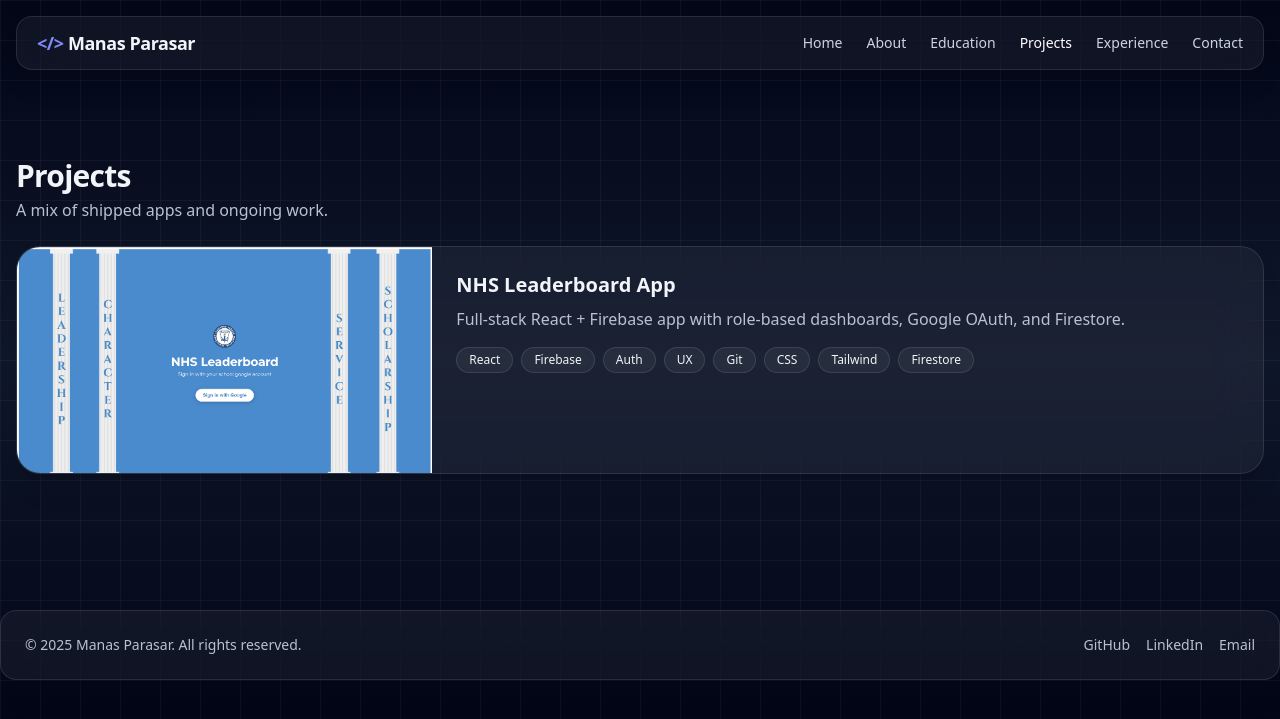
Repository: Manas-Parasar/portfolio-manas-parasar
Page: /projects
The author's editor kept a copy of each file at every save. The page is drawn from the files as they stood at one save, then again after the next save.
The browser window is 1280 px wide. The pictures show the whole page.
The project was rebuilt for these pictures with package versions that can differ from the ones it lists, and the page was loaded fresh each time. Also part of the build but not shown: vite.config.js, src/components/Hero.jsx, src/pages/Home.jsx, src/pages/About.jsx, src/components/TimelineItem.jsx, src/pages/Experience.jsx, src/pages/Contact.jsx.

Above is the page before, as saved 2025-08-21 17:03:35.

After the next save:
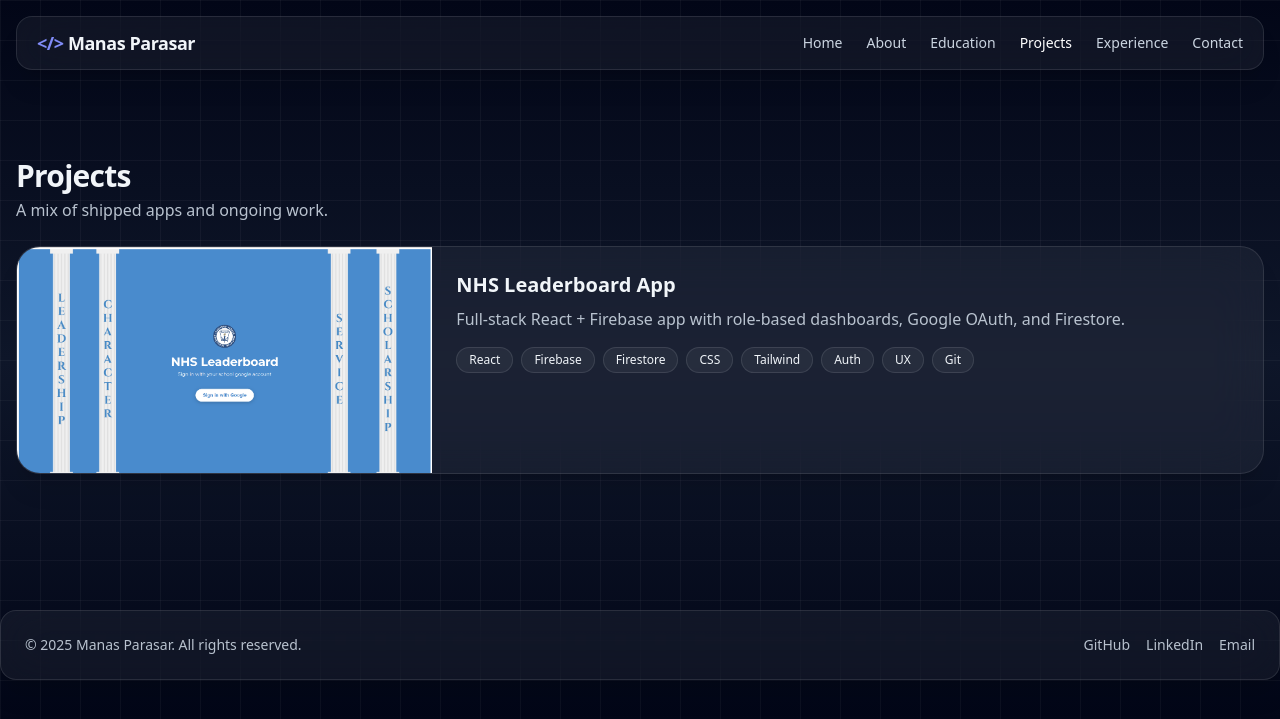
Saved 53 s later.
--- a/src/pages/Projects.jsx
+++ b/src/pages/Projects.jsx
@@ -10,12 +10,12 @@ export default function Projects() {
       tags: [
         "React",
         "Firebase",
+        "Firestore",
+        "CSS",
+        "Tailwind",
         "Auth",
         "UX",
         "Git",
-        "CSS",
-        "Tailwind",
-        "Firestore",
       ],
       link: "https://github.com/Manas-Parasar/NHS-Service-Hours-Leaderboard",
       img: nhsLeaderboardScreenshot,
